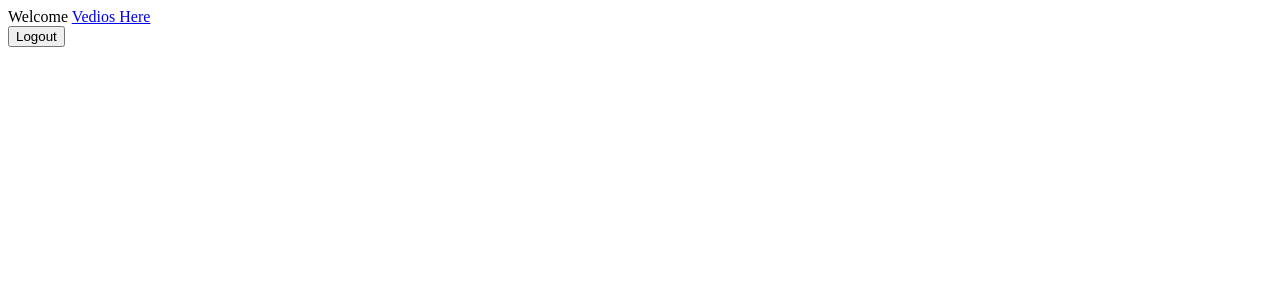
Repository: Kakarla-Manoj-Kumar/Login-Page
Page: http://localhost/Login/Welcome.jsp
These files come from the project's save history. The page is drawn as it stood at one moment and after the next save; the edit follows.
The browser window is 1280 px wide. The pictures show the whole page.
The page is served by Tomcat 10. The session is filled in as if someone had signed in: {"user": "testuser"}.

Above is the page before, as saved 2024-03-22 18:21:32.

After the next save:
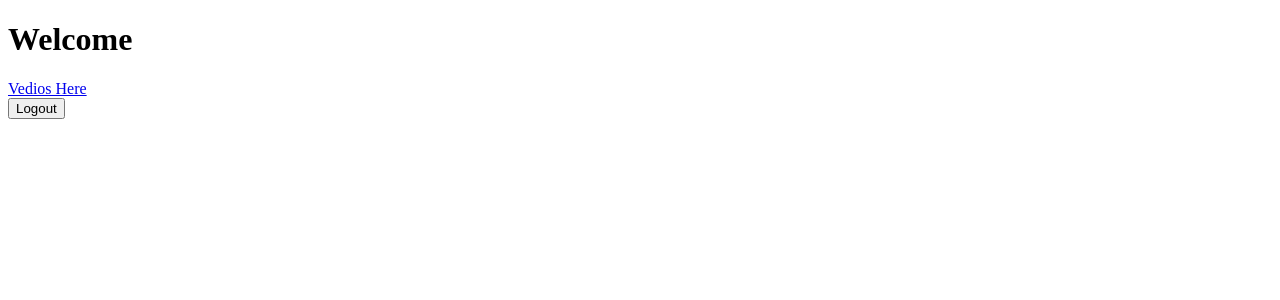
Saved 43 s later.
--- a/Login/src/main/webapp/Welcome.jsp
+++ b/Login/src/main/webapp/Welcome.jsp
@@ -8,7 +8,7 @@
 </head>
 <body>
 
-Welcome
+<h1>Welcome</h1>
 <%
 response.setHeader("Cache-Control", "no-cache,no-store, must-revalidate");
 if(session.getAttribute("user")==null){
